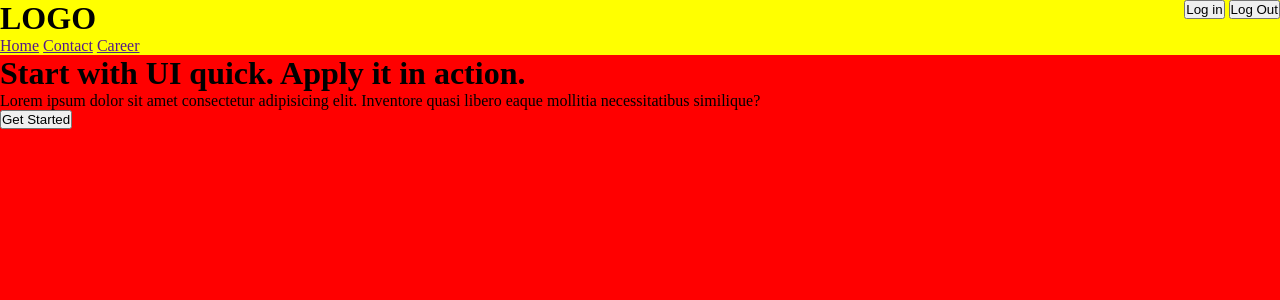
Repository: Ashishchakravartii/landingPage
Page: index.html
An editor plug-in stored every save of this project. The page is shown before and after the next save, followed by the edit.
The browser window is 1280 px wide. The pictures show the whole page.

Above is the page before, as saved 2024-07-24 12:32:28.

After the next save:
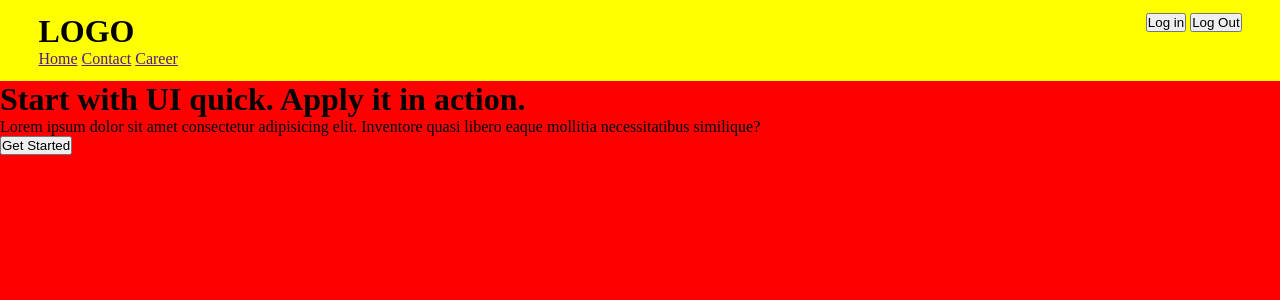
Saved 7 s later.
--- a/style.css
+++ b/style.css
@@ -19,5 +19,5 @@ body{
     background-color: yellow;
     display: flex;
     justify-content: space-between;
-    padding: ;
+    padding: 1vmax 3vmax;
 }
